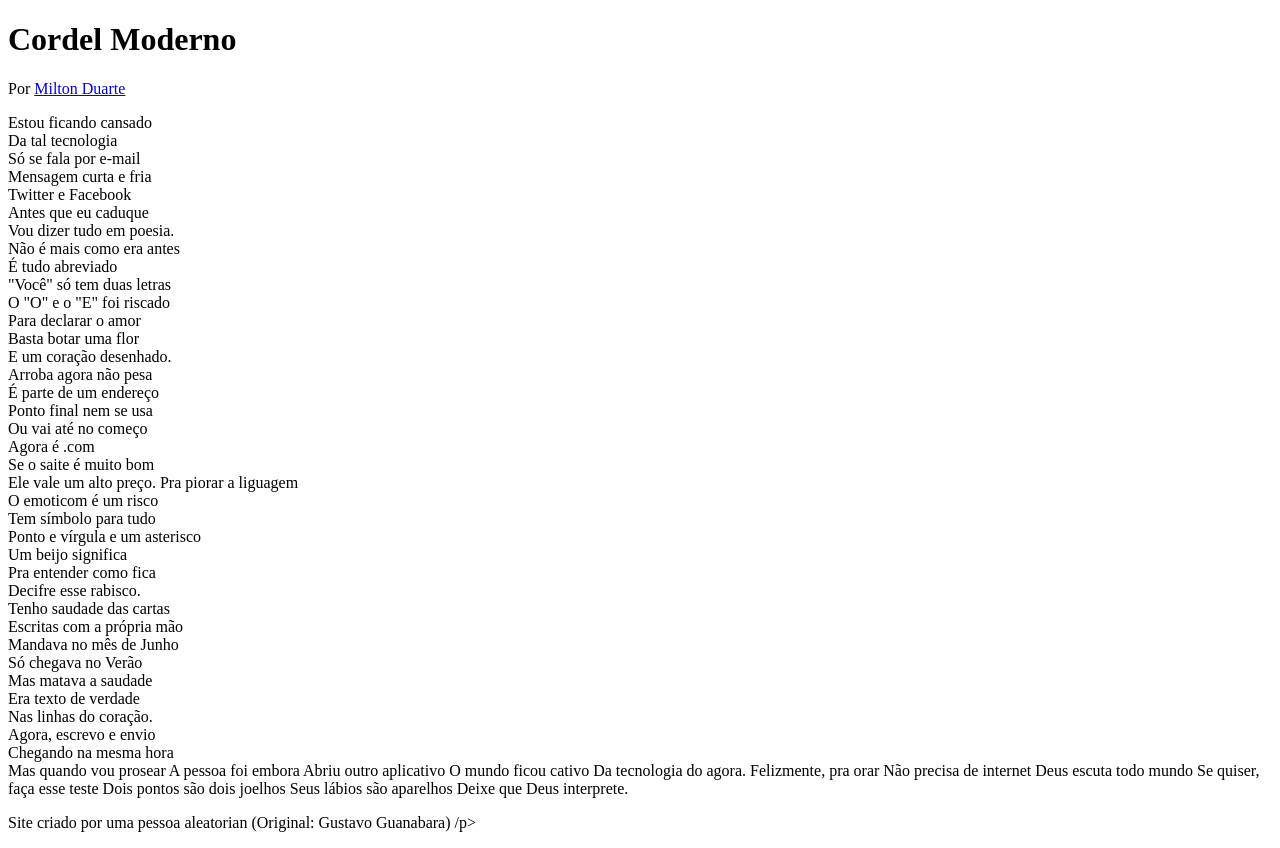
Repository: Codigo404q/html-css
Page: AHAHAHAHAHAHAHHHHHHHHHAHAHAHAHAHAHHAHAH/d012/index.html
These files come from the project's save history. The page is drawn as it stood at one moment and after a run of saves; the edit follows.
The browser window is 1280 px wide. The pictures show the whole page.

Above is the page before, as saved 2024-01-07 22:42:55.

After the next 3 saves:
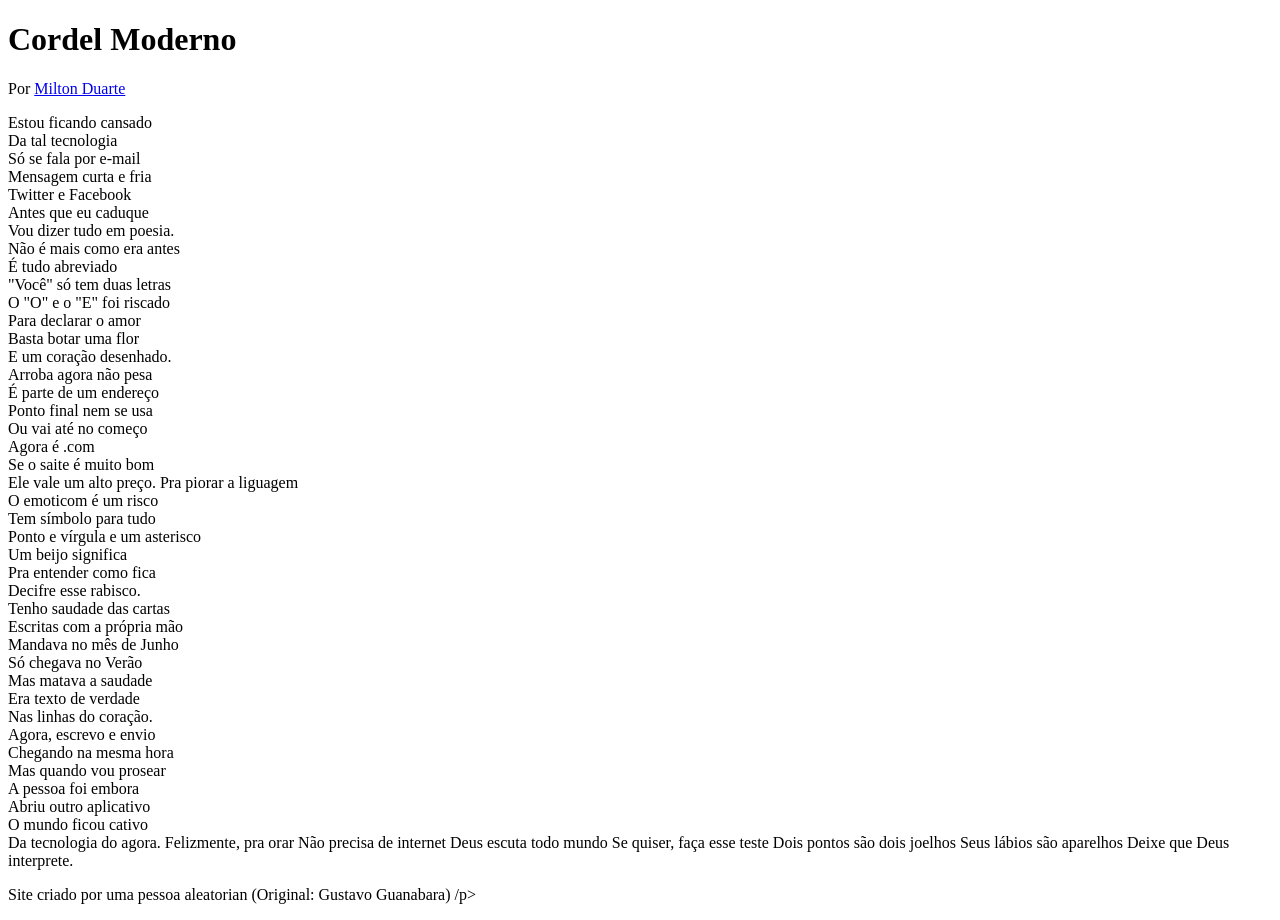
The 3 saves are shown as one change because they came seconds apart.
The last was saved 7 s later.
--- a/AHAHAHAHAHAHAHHHHHHHHHAHAHAHAHAHAHHAHAH/d012/index.html
+++ b/AHAHAHAHAHAHAHHHHHHHHHAHAHAHAHAHAHHAHAH/d012/index.html
@@ -70,10 +70,10 @@
     <section>
         Agora, escrevo e envio <br>
         Chegando na mesma hora <br>
-        Mas quando vou prosear
-        A pessoa foi embora
-        Abriu outro aplicativo
-        O mundo ficou cativo
+        Mas quando vou prosear <br>
+        A pessoa foi embora <br>
+        Abriu outro aplicativo <br>
+        O mundo ficou cativo <br>
         Da tecnologia do agora.
 
         Felizmente, pra orar
